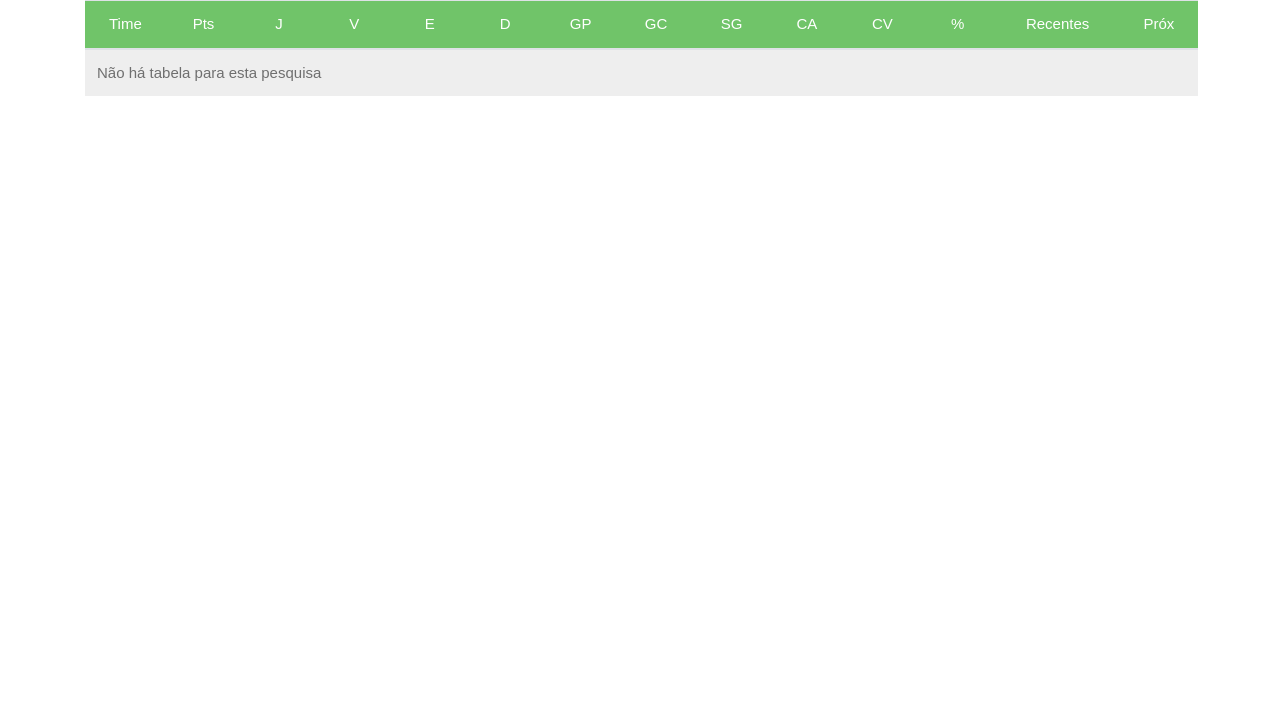
Repository: danielvieira7/campeonato-brasileiro-embed
Page: index.html
The author's editor kept a copy of each file at every save. The page is drawn from the files as they stood at one save, then again after a run of saves.
The browser window is 1280 px wide. The pictures show the whole page.
The page's requests for data from a server got no answer. Some web libraries are served in a nearby version.

Above is the page before, as saved 2021-02-12 00:36:24.

### index.html
<!doctype html>
<html lang="en">
<head>
    <title>Tabela do Campeonato Brasileiro</title>
    <!-- Required meta tags -->
    <meta charset="utf-8">
    <meta name="viewport" content="width=device-width, initial-scale=1, shrink-to-fit=no">

    <!-- Bootstrap CSS -->
    <link rel="stylesheet" href="https://stackpath.bootstrapcdn.com/bootstrap/4.3.1/css/bootstrap.min.css" integrity="sha384-ggOyR0iXCbMQv3Xipma34MD+dH/1fQ784/j6cY/iJTQUOhcWr7x9JvoRxT2MZw1T" crossorigin="anonymous">
    <!-- <link rel="stylesheet" href="//cdn.datatables.net/1.10.23/css/jquery.dataTables.min.css"> -->
    <link rel="stylesheet" href="style-light-green.css">
</head>
<body>

    <div class="container">
        <table class="table" id="tabela-campeonato-brasileiro">
            <thead>
                <tr>
                    <th>Time</th>
                    <th>Pts</th>
                    <th>J</th>
                    <th>V</th>
                    <th>E</th>
                    <th>D</th>
                    <th>GP</th>
                    <th>GC</th>
                    <th>SG</th>
                    <th>CA</th>
                    <th>CV</th>
                    <th>%</th>
                    <th>Recentes</th>
                    <th>Próx</th>
                </tr>
            </thead>
            <tbody>
                <tr>
                    <td scope="row"></td>
                    <td></td>
                    <td></td>
                    <td></td>
                    <td></td>
                    <td></td>
                    <td></td>
                    <td></td>
                    <td></td>
                    <td></td>
                    <td></td>
                    <td></td>
                    <td></td>
                    <td></td>
                </tr>
            </tbody>
        </table>
    </div>

    <!-- Optional JavaScript -->
    <!-- jQuery first, then Popper.js, then Bootstrap JS -->
    <script src='https://cdnjs.cloudflare.com/ajax/libs/jquery/3.5.1/jquery.min.js' integrity='sha512-bLT0Qm9VnAYZDflyKcBaQ2gg0hSYNQrJ8RilYldYQ1FxQYoCLtUjuuRuZo+fjqhx/qtq/1itJ0C2ejDxltZVFg==' crossorigin='anonymous'></script>

    <script src="https://cdnjs.cloudflare.com/ajax/libs/popper.js/1.14.7/umd/popper.min.js" integrity="sha384-UO2eT0CpHqdSJQ6hJty5KVphtPhzWj9WO1clHTMGa3JDZwrnQq4sF86dIHNDz0W1" crossorigin="anonymous"></script>
    <script src="https://stackpath.bootstrapcdn.com/bootstrap/4.3.1/js/bootstrap.min.js" integrity="sha384-JjSmVgyd0p3pXB1rRibZUAYoIIy6OrQ6VrjIEaFf/nJGzIxFDsf4x0xIM+B07jRM" crossorigin="anonymous"></script>
    <script src="//cdn.datatables.net/1.10.23/js/jquery.dataTables.min.js"></script>
    <script src="app.js"></script>
</body>
</html>

### style-light-green.css
/* CSS by: https://codepen.io/njessen/pen/naLCv */
table {
    font-family: sans-serif;
    -webkit-font-smoothing: antialiased;
    font-size: 15px;
    width: 750px;
}
table th {
    background-color: #70c469;
    color: white;
    font-weight: normal;
    padding: 20px 30px;
    text-align: center;
}
table td {
    background-color: #eeeeee;
    color: #6f6f6f;
    padding: 20px 30px;
}

### app.js
var tabelaCampeonatoBrasileiro
const queryString = window.location.search;
const urlParams = new URLSearchParams(queryString);

$(function () {


    var options = {
        "searching": false,
        "paging": false,
        "info": false,
        "ajax": "https://danielvieira7.github.io/campeonato-brasileiro-json-api/campeonato-brasileiro.json",
        // "ajax": "json.json",
        "dom": '<"top"if>rt<"bottom"><"clear">',
        "language": { "emptyTable": "Não há tabela para esta pesquisa",
            "sInfo": "Exibindo um total de _TOTAL_ times.",
            "sInfoEmpty": "",
            "search": "Pesquisar: ",
            "infoFiltered": "",
            "sZeroRecords": "Não há tabela para esta pesquisa",},
        columns: [
            {"data": "nome"},
            {"data": "pontos"},
            {"data": "jogos"},
            {"data": "vitorias"},
            {"data": "empates"},
            {"data": "derrotas"},
            {"data": "gols_pro"},
            {"data": "gols_contra"},
            {"data": "saldo_gols"},
            {"data": "cartoes_amarelo"},
            {"data": "cartoes_vermelhos"},
            {"data": "aproveitamento"},
            {"data": "recentes"},
            {"data": "proximo_adversario"},
        ],
        columnDefs:[
            { "targets": 0, "width": "5%", "className": "dt-center"},
            { "targets": 1, "width": "5%", "className": "dt-center"},
            { "targets": 2, "width": "5%", "className": "dt-center"},
            { "targets": 3, "width": "5%", "className": "dt-center"},
            { "targets": 4, "width": "5%", "className": "dt-center"},
            { "targets": 5, "width": "5%", "className": "dt-center"},
            { "targets": 6, "width": "5%", "className": "dt-center"},
            { "targets": 7, "width": "5%", "className": "dt-center"},
            { "targets": 8, "width": "5%", "className": "dt-center"},
            { "targets": 9, "width": "5%", "className": "dt-center"},
            { "targets": 10, "width": "5%", "className": "dt-center"},
            { "targets": 11, "width": "5%", "className": "dt-center"},
            { "targets": 12, "width": "5%", "className": "dt-center"},
            { "targets": 13, "width": "5%", "className": "dt-center"},
        ],
        "order": [[ 1, "desc" ]],
        "pageLength": 25
    }

    tabelaCampeonatoBrasileiro = $("#tabela-campeonato-brasileiro").DataTable(options)

})

const estilo = urlParams.get('estilo')
console.log(estilo);

### styles/style-colorful-blue-purple.css
/* CSS by: https://codepen.io/alexerlandsson/ */
body {
	margin: 0;
	background: linear-gradient(45deg, #49a09d, #5f2c82);
	font-family: sans-serif;
	font-weight: 100;
}
table {
	width: 800px;
	border-collapse: collapse;
	overflow: hidden;
	box-shadow: 0 0 20px rgba(0, 0, 0, 0.1);
}
th,
td {
	padding: 15px;
	background-color: rgba(255, 255, 255, 0.2);
	color: #fff;
}
th {
	text-align: left;
}
thead th {
	background-color: #55608f;
}
tbody tr:hover {
	background-color: rgba(255, 255, 255, 0.3);
}
tbody td {
	position: relative;
}
tbody td:hover:before {
	content: "";
	position: absolute;
	left: 0;
	right: 0;
	top: -9999px;
	bottom: -9999px;
	background-color: rgba(255, 255, 255, 0.2);
	z-index: -1;
}

After the next 2 saves:
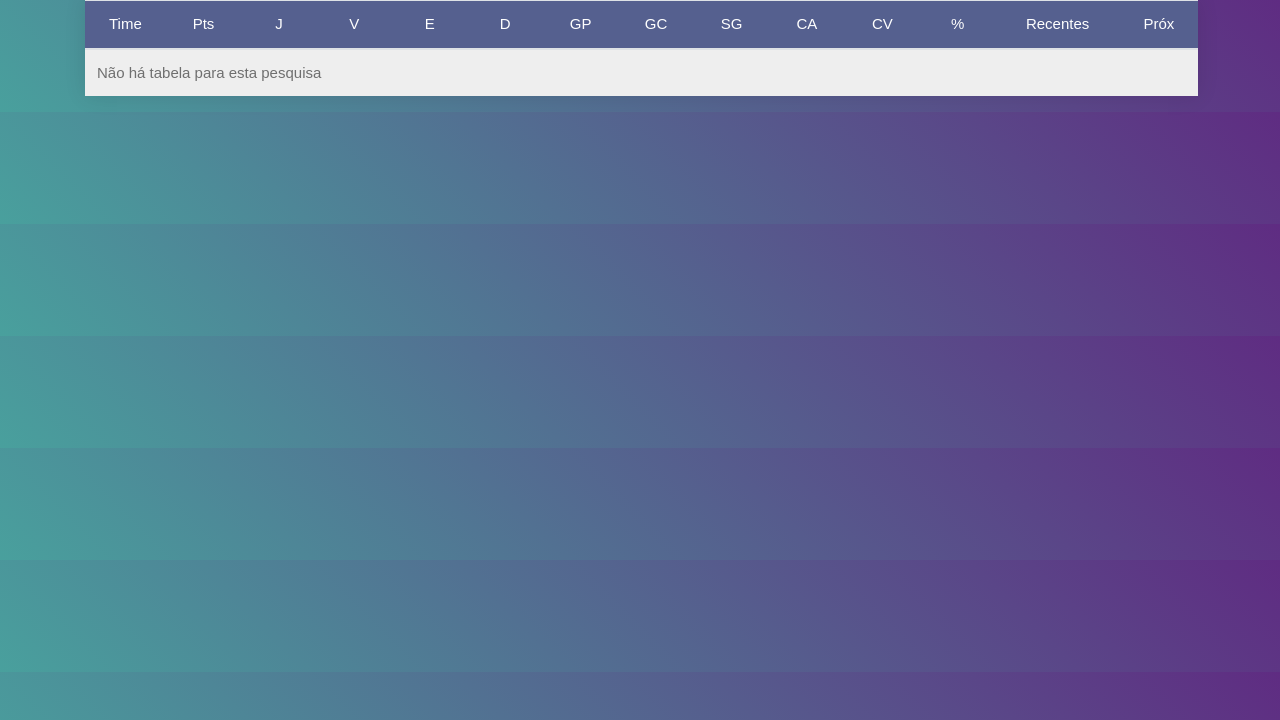
The 2 saves are shown as one change because they came seconds apart.
The last was saved 3 min 34 s later.
--- a/app.js
+++ b/app.js
@@ -60,3 +60,13 @@ $(function () {
 
 const estilo = urlParams.get('estilo')
 console.log(estilo);
+
+var file = "styles/style-colorful-blue-purple.css";
+
+var link = document.createElement( "link" );
+link.href = file;
+link.type = "text/css";
+link.rel = "stylesheet";
+link.media = "screen,print";
+
+document.getElementsByTagName( "head" )[0].appendChild( link );
